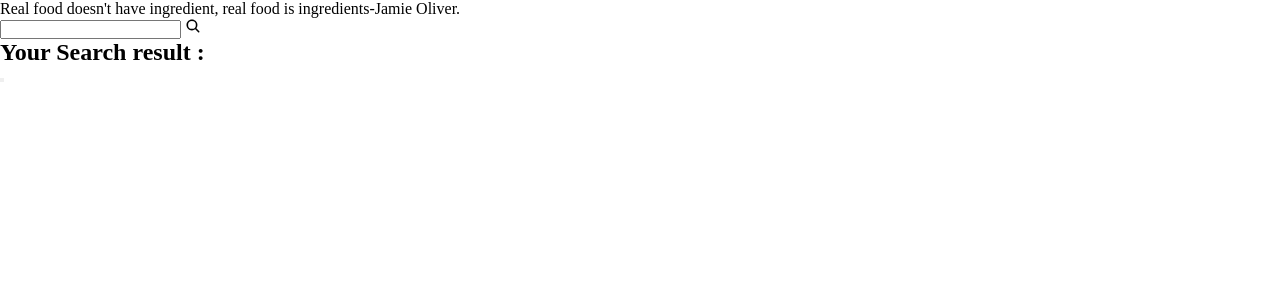
Repository: andrewhuynh561/javascipt
Page: Day 1/index.html
These files come from the project's save history. The page is drawn as it stood at one moment and after the next save; the edit follows.
The browser window is 1280 px wide. The pictures show the whole page.

Above is the page before, as saved 2023-05-17 21:36:52.

### Day 1/index.html
<!DOCTYPE html>
<html lang="en">
<head>
    <meta charset="UTF-8">
    <meta http-equiv="X-UA-Compatible" content="IE=edge">
    <meta name="viewport" content="width=device-width, initial-scale=1.0">
    <title>Find Meal For Your Ingredient</title>
    <link rel="stylesheet" href="style.css">
    <link rel="preconnect" href="https://fonts.googleapis.com">
    <link rel="preconnect" href="https://fonts.gstatic.com" crossorigin>
    <script type="module" src="https://unpkg.com/ionicons@7.1.0/dist/ionicons/ionicons.esm.js"></script>
    <script nomodule src="https://unpkg.com/ionicons@7.1.0/dist/ionicons/ionicons.js"></script>
    <link href="https://fonts.googleapis.com/css2?family=Rubik:ital,wght@0,300;0,500;0,600;1,300&display=swap" rel="stylesheet">
</head>
<body>
    <div class="container">
        <div class="meal-wrapper">
            <p>Real food doesn't have ingredient, real food is ingredients-Jamie Oliver.</p>
            <div class="search-bar">
                <input type="search" class="search">
                <ion-icon name="search"></ion-icon>
            </div>
        </div>
        <div class="meal-result">
            <h2 class="title">Your Search result :</h2>
            <div class="meal" id="meal">
                <!-- meal item -->
          <!-- <div class = "meal-item">
            <div class = "meal-img">
              <img src = "food.jpg" alt = "food">
            </div>
            <div class = "meal-name">
              <h3>Potato Chips</h3>
              <a href = "#" class = "recipe-btn">Get Recipe</a>
            </div>
          </div> -->
          <!-- end of meal item -->
            </div>
            <div class="meal-detail" id="meal-detail">
                <button class="btn ">

                </button>

                <div class="meal-content">
                    <!-- <h2 class = "recipe-title">Meals Name Here</h2>
          <p class = "recipe-category">Category Name</p>
          <div class = "recipe-instruct">
            <h3>Instructions:</h3>
            <p>Lorem ipsum, dolor sit amet consectetur adipisicing elit. Quo blanditiis quis accusantium natus! Porro, reiciendis maiores molestiae distinctio veniam ratione ex provident ipsa, soluta suscipit quam eos velit autem iste!</p>
            <p>Lorem ipsum dolor sit amet consectetur adipisicing elit. Amet aliquam voluptatibus ad obcaecati magnam, esse numquam nisi ut adipisci in?</p>
          </div>
          <div class = "recipe-meal-img">
            <img src = "food.jpg" alt = "">
          </div>
          <div class = "recipe-link">
            <a href = "#" target = "_blank">Watch Video</a>
          </div> -->
                </div>
            </div>
        </div>
    </div>

<script src="app.js"></script>
</body>
</html>

### Day 1/style.css
*{
    margin: 0;
    padding: 0;
    box-sizing: border-box;
}
:root{
    --tenne-tawny: #d65108;
    --tenne-tawny-dark: #b54507;
}
.container{
    margin: auto;
    padding: auto;
}

Loaded but not shown: Day 1/app.js (no copy from this time; the picture is the same without it)

After the next save:
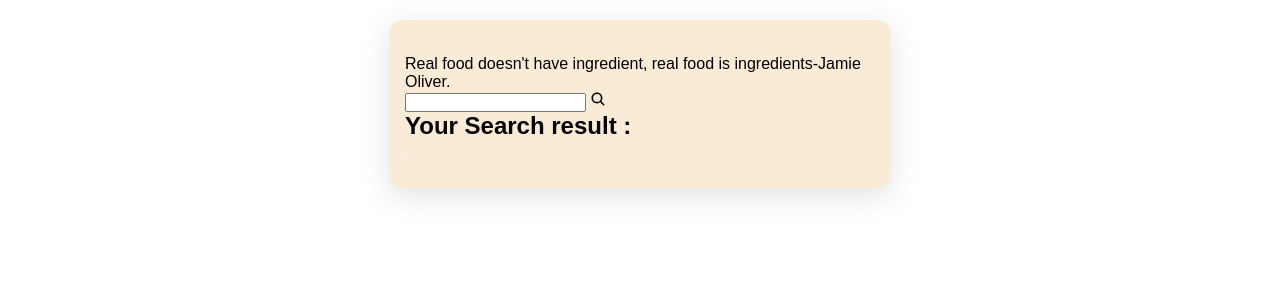
Saved 103 s later.
--- a/Day 1/style.css
+++ b/Day 1/style.css
@@ -3,11 +3,19 @@
     padding: 0;
     box-sizing: border-box;
 }
+body {
+    font-family: "Poppins", sans-serif;
+    padding: 20px;
+  }
 :root{
     --tenne-tawny: #d65108;
     --tenne-tawny-dark: #b54507;
 }
 .container{
-    margin: auto;
-    padding: auto;
+  max-width: 500px;
+  margin: 0 auto;
+  border-radius: 12px;
+  background-color: antiquewhite;
+  box-shadow: rgba(100, 100, 111, 0.2) 0px 7px 29px 0px;
+  padding: 35px 15px 30px;
 }
